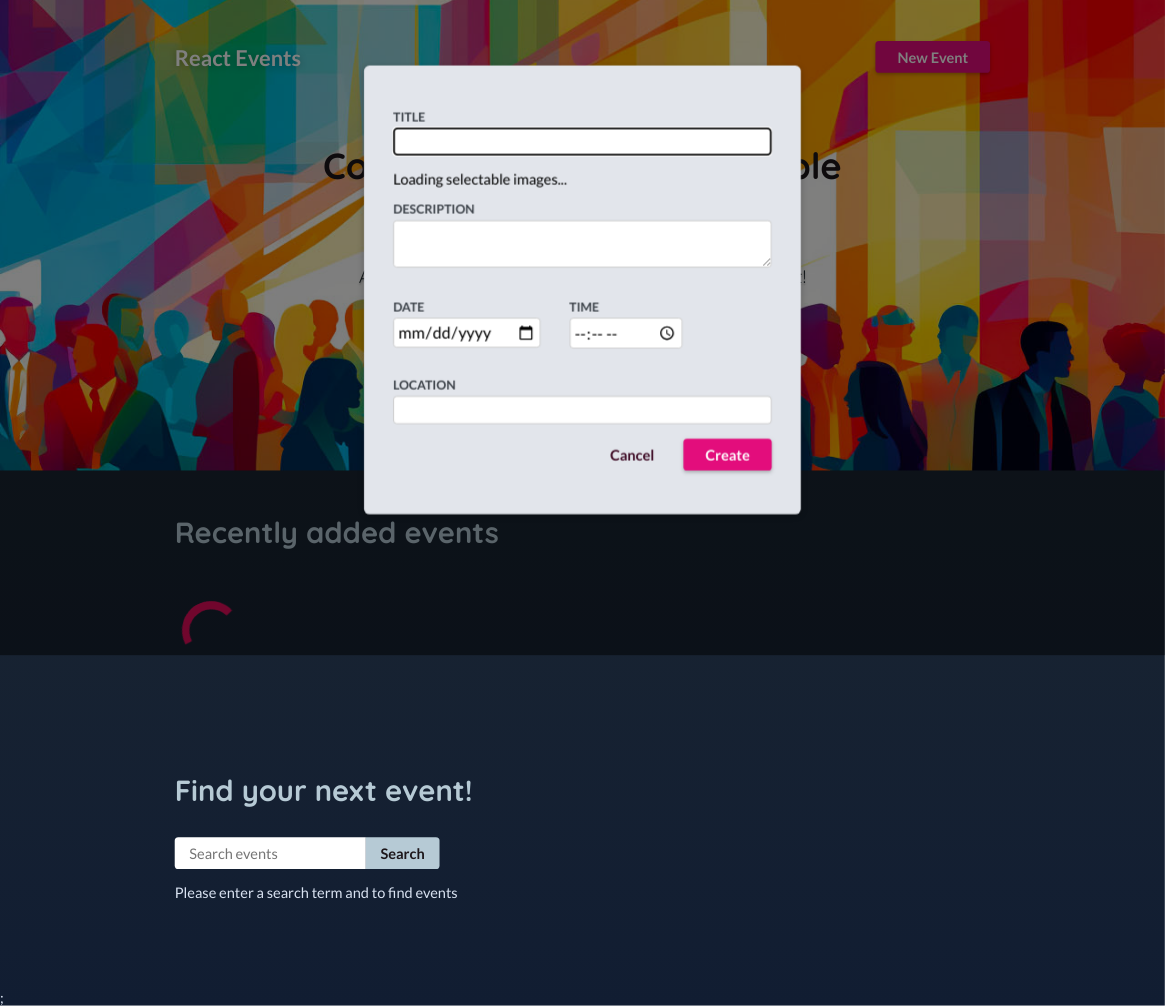
Repository: zhengbinxue/React-Query-Project
Page: /events/new
The author's editor kept a copy of each file at every save. The page is drawn from the files as they stood at one save, then again after the next save.
The browser window is 1280 px wide. The pictures show the whole page, at 91% of full size.
The page's requests for data from a server got no answer. The project was rebuilt for these pictures with package versions that can differ from the ones it lists, and the page was loaded fresh each time. No one was signed in, and anything a server would have sent is missing. Also part of the build but not shown: vite.config.js, src/components/UI/ErrorBlock.jsx, src/components/Events/EventItem.jsx, src/components/Events/EventDetails.jsx, src/components/ImagePicker.jsx, src/components/Events/EditEvent.jsx.

Above is the page before, as saved 2024-08-12 15:26:14.

### src/App.jsx
import {
  Navigate,
  RouterProvider,
  createBrowserRouter,
} from "react-router-dom";
import { QueryClientProvider, QueryClient } from "@tanstack/react-query";
import Events from "./components/Events/Events.jsx";
import EventDetails from "./components/Events/EventDetails.jsx";
import NewEvent from "./components/Events/NewEvent.jsx";
import EditEvent from "./components/Events/EditEvent.jsx";

const router = createBrowserRouter([
  {
    path: "/",
    element: <Navigate to="/events" />,
  },
  {
    path: "/events",
    element: <Events />,

    children: [
      {
        path: "/events/new",
        element: <NewEvent />,
      },
    ],
  },
  {
    path: "/events/:id",
    element: <EventDetails />,
    children: [
      {
        path: "/events/:id/edit",
        element: <EditEvent />,
      },
    ],
  },
]);

const client = new QueryClient();

function App() {
  return (
    <QueryClientProvider client={client}>
      <RouterProvider router={router} />;
    </QueryClientProvider>
  );
}

export default App;

### src/components/Events/Events.jsx
import { Link, Outlet } from "react-router-dom";

import Header from "../Header.jsx";
import EventsIntroSection from "./EventsIntroSection.jsx";
import FindEventSection from "./FindEventSection.jsx";
import NewEventsSection from "./NewEventsSection.jsx";

export default function Events() {
  return (
    <>
      <Header>
        <Link to="/events/new" className="button">
          New Event
        </Link>
      </Header>
      <main>
        <EventsIntroSection />
        <NewEventsSection />
        <FindEventSection />
      </main>
      <Outlet />
    </>
  );
}

### src/components/Events/NewEvent.jsx
import { Link, useNavigate } from "react-router-dom";
import { useMutation, useQueryClient } from "@tanstack/react-query";
import Modal from "../UI/Modal.jsx";
import EventForm from "./EventForm.jsx";

import { createNewEvent } from "../util/http.js";
import ErrorBlock from "../UI/ErrorBlock.jsx";
export default function NewEvent() {
  const navigate = useNavigate();
  const queryClient = useQueryClient();

  //use useMutation to change/delete data at the backend
  const { mutate, isError, isPending, error } = useMutation({
    mutationFn: createNewEvent,
    onSuccess: () => {
      navigate("/events");
      queryClient.invalidateQueries({ queryKey: ["events"] }); //all query include 'events' key will be invalid and get re-executed
    },
  });

  function handleSubmit(formData) {
    mutate({ event: formData });
  }

  return (
    <Modal onClose={() => navigate("../")}>
      <EventForm onSubmit={handleSubmit}>
        {isPending && "Submitting..."}
        {!isPending && (
          <>
            <Link to="../" className="button-text">
              Cancel
            </Link>
            <button type="submit" className="button">
              Create
            </button>
          </>
        )}
      </EventForm>
      {isError && (
        <ErrorBlock
          title="Failed to create event"
          message={error.info?.message || "Error occurred. Try again later. "}
        />
      )}
    </Modal>
  );
}

### src/components/Events/FindEventSection.jsx
import { useRef, useState } from "react";
import { useQuery } from "@tanstack/react-query";
import { fetchEvents } from "../util/http";
import LoadingIndicator from "../UI/LoadingIndicator";
import ErrorBlock from "../UI/ErrorBlock";
import EventItem from "./EventItem";
export default function FindEventSection() {
  const searchElement = useRef();
  const [searchTerm, setSearchTerm] = useState();

  const { data, isError, isLoading, error } = useQuery({
    queryKey: ["events", { search: searchTerm }],
    queryFn: ({ signal }) => fetchEvents({ searchTerm, signal }),
    enabled: searchTerm !== undefined,
  });

  function handleSubmit(event) {
    event.preventDefault();
    setSearchTerm(searchElement.current.value);
  }

  let content = <p>Please enter a search term and to find events</p>;

  if (isLoading) {
    content = <LoadingIndicator />;
  }

  if (isError) {
    content = (
      <ErrorBlock
        title="An error occurred"
        message={error.info?.message || "Failed to fetch events"}
      />
    );
  }

  if (data) {
    content = (
      <ul className="events-list">
        {data.map((event) => (
          <li key={event.id}>
            <EventItem event={event} />
          </li>
        ))}
      </ul>
    );
  }

  return (
    <section className="content-section" id="all-events-section">
      <header>
        <h2>Find your next event!</h2>
        <form onSubmit={handleSubmit} id="search-form">
          <input
            type="search"
            placeholder="Search events"
            ref={searchElement}
          />
          <button>Search</button>
        </form>
      </header>
      {content}
    </section>
  );
}

### src/components/Events/NewEventsSection.jsx
import { useQuery } from "@tanstack/react-query";
import LoadingIndicator from "../UI/LoadingIndicator.jsx";
import ErrorBlock from "../UI/ErrorBlock.jsx";
import EventItem from "./EventItem.jsx";
import { fetchEvents } from "../util/http.js";

export default function NewEventsSection() {
  //use useQuery to get data from backend
  const { data, isPending, isError, error } = useQuery({
    //change of Key and Fn will cause useQuery to re-execute
    queryKey: ["events"],
    queryFn: fetchEvents,
    staleTime: 10000000,
    //default staleTime is 0,React Query will not cache the data at all.
    //Every time the component is rendered,
    //it will send a request to the server to fetch the latest data.
  });

  let content;
  console.log("hello");
  if (isPending) {
    content = <LoadingIndicator />;
  }

  if (isError) {
    content = (
      <ErrorBlock
        title="An error occurred"
        message={error.info?.message || "Failed to fetch events"}
      />
    );
  }

  if (data) {
    content = (
      <ul className="events-list">
        {data.map((event) => (
          <li key={event.id}>
            <EventItem event={event} />
          </li>
        ))}
      </ul>
    );
  }

  return (
    <section className="content-section" id="new-events-section">
      <header>
        <h2>Recently added events</h2>
      </header>
      {content}
    </section>
  );
}

### src/components/util/http.js
export async function fetchEvents({ searchTerm, signal }) {
  console.log(searchTerm);
  console.log(signal);

  let url = "http://localhost:3000/events";
  if (searchTerm) {
    url += "?search=" + searchTerm;
  }

  const response = await fetch(url, { signal: signal });

  if (!response.ok) {
    const error = new Error("An error occurred while fetching the events");
    error.code = response.status;
    error.info = await response.json();
    throw error;
  }

  const { events } = await response.json();

  return events;
}

export async function fetchEvent({ id, signal }) {
  const response = await fetch(`http://localhost:3000/events/${id}`, {
    signal,
  });
  console.log(id);
  console.log(response);

  if (!response.ok) {
    const error = new Error();
    error.code = response.status;
    error.info = await response.json();
    throw error;
  }

  const { event } = await response.json();
  return event;
}

export async function deleteEvent({ id }) {
  console.log(id);
  const response = await fetch(`http://localhost:3000/events/${id}`, {
    method: "DELETE",
  });

  if (!response.ok) {
    const error = new Error();
    error.code = error.status;
    error.info = await response.json();
    return error;
  }
  return await response.json();
}

export async function createNewEvent(eventData) {
  console.log(eventData);
  const response = await fetch("http://localhost:3000/events", {
    method: "POST",
    body: JSON.stringify(eventData),
    headers: {
      "Content-Type": "application/json",
    },
  });

  if (!response.ok) {
    const error = new Error("An error occurred while creating the event");
    error.code = response.status;
    error.info = await response.json();
    throw error;
  }

  const { event } = await response.json();
  return event;
}

export async function fetchSelectableImages({ signal }) {
  const response = await fetch("http://localhost:3000/events/images", {
    signal: signal,
  });

  if (!response.ok) {
    const error = new Error("An error occurred while fetching the images");
    error.code = response.status;
    error.info = await response.json();
    throw error;
  }

  const { images } = await response.json();
  return images;
}

### src/components/Events/EventForm.jsx
import { useState } from "react";
import { useQuery } from "@tanstack/react-query";
import ImagePicker from "../ImagePicker.jsx";
import { fetchSelectableImages } from "../util/http.js";
import ErrorBlock from "../UI/ErrorBlock.jsx";

export default function EventForm({ inputData, onSubmit, children }) {
  const [selectedImage, setSelectedImage] = useState(inputData?.image);

  const { data, isError, isPending, error } = useQuery({
    queryKey: ["events-images"],
    queryFn: fetchSelectableImages,
  });

  function handleSelectImage(image) {
    console.log("selected");
    setSelectedImage(image);
  }

  function handleSubmit(event) {
    event.preventDefault();

    const formData = new FormData(event.target);
    const data = Object.fromEntries(formData);

    onSubmit({ ...data, image: selectedImage });
  }

  return (
    <form id="event-form" onSubmit={handleSubmit}>
      <p className="control">
        <label htmlFor="title">Title</label>
        <input
          type="text"
          id="title"
          name="title"
          defaultValue={inputData?.title ?? ""}
        />
      </p>

      {isPending && <p>Loading selectable images...</p>}
      {isError && (
        <ErrorBlock
          title="Failed to fetch selectable images"
          message={error.info?.message || "Failed to fetch selectable images"}
        />
      )}
      {data && (
        <div className="control">
          <ImagePicker
            images={data}
            onSelect={handleSelectImage}
            selectedImage={selectedImage}
          />
        </div>
      )}

      <p className="control">
        <label htmlFor="description">Description</label>
        <textarea
          id="description"
          name="description"
          defaultValue={inputData?.description ?? ""}
        />
      </p>

      <div className="controls-row">
        <p className="control">
          <label htmlFor="date">Date</label>
          <input
            type="date"
            id="date"
            name="date"
            defaultValue={inputData?.date ?? ""}
          />
        </p>

        <p className="control">
          <label htmlFor="time">Time</label>
          <input
            type="time"
            id="time"
            name="time"
            defaultValue={inputData?.time ?? ""}
          />
        </p>
      </div>

      <p className="control">
        <label htmlFor="location">Location</label>
        <input
          type="text"
          id="location"
          name="location"
          defaultValue={inputData?.location ?? ""}
        />
      </p>

      <p className="form-actions">{children}</p>
    </form>
  );
}

Loaded but not shown: index.html (common file); src/main.jsx (common file); src/index.css (common file); src/components/Header.jsx (common file); src/components/Events/EventsIntroSection.jsx (common file); src/components/UI/Modal.jsx (common file); src/components/UI/LoadingIndicator.jsx (common file)

After the next save:
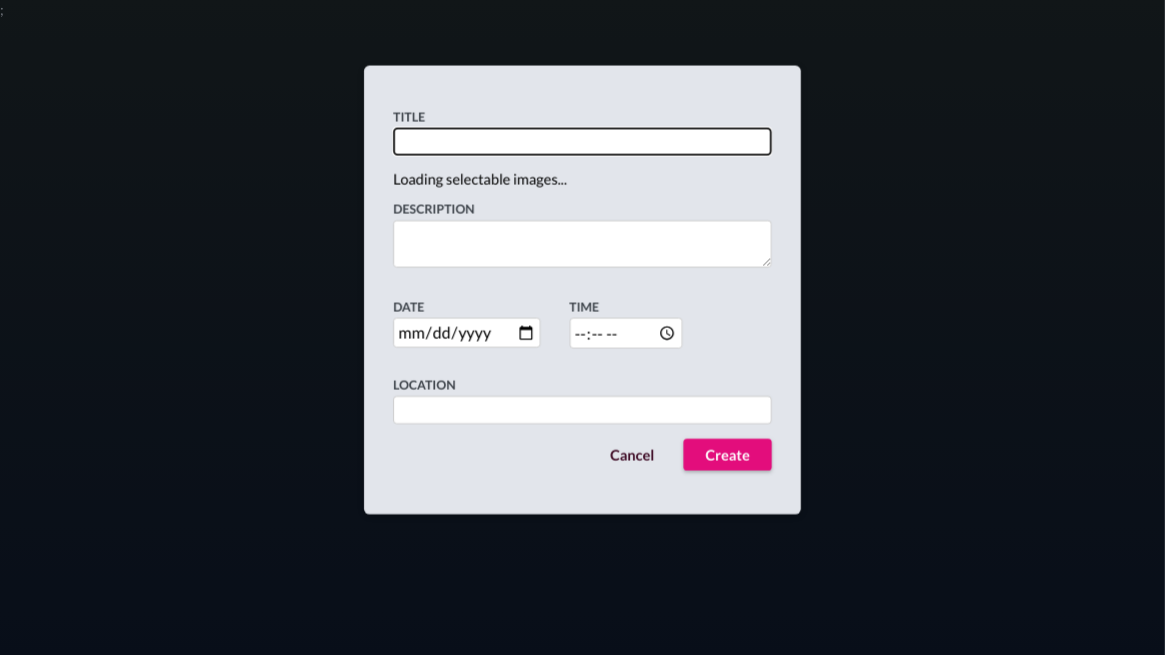
Saved 6 min 19 s later.
--- a/src/App.jsx
+++ b/src/App.jsx
@@ -18,12 +18,11 @@
     path: "/events",
     element: <Events />,
 
-    children: [
-      {
-        path: "/events/new",
-        element: <NewEvent />,
-      },
-    ],
+    children: [],
+  },
+  {
+    path: "/events/new",
+    element: <NewEvent />,
   },
   {
     path: "/events/:id",

After the save that followed:
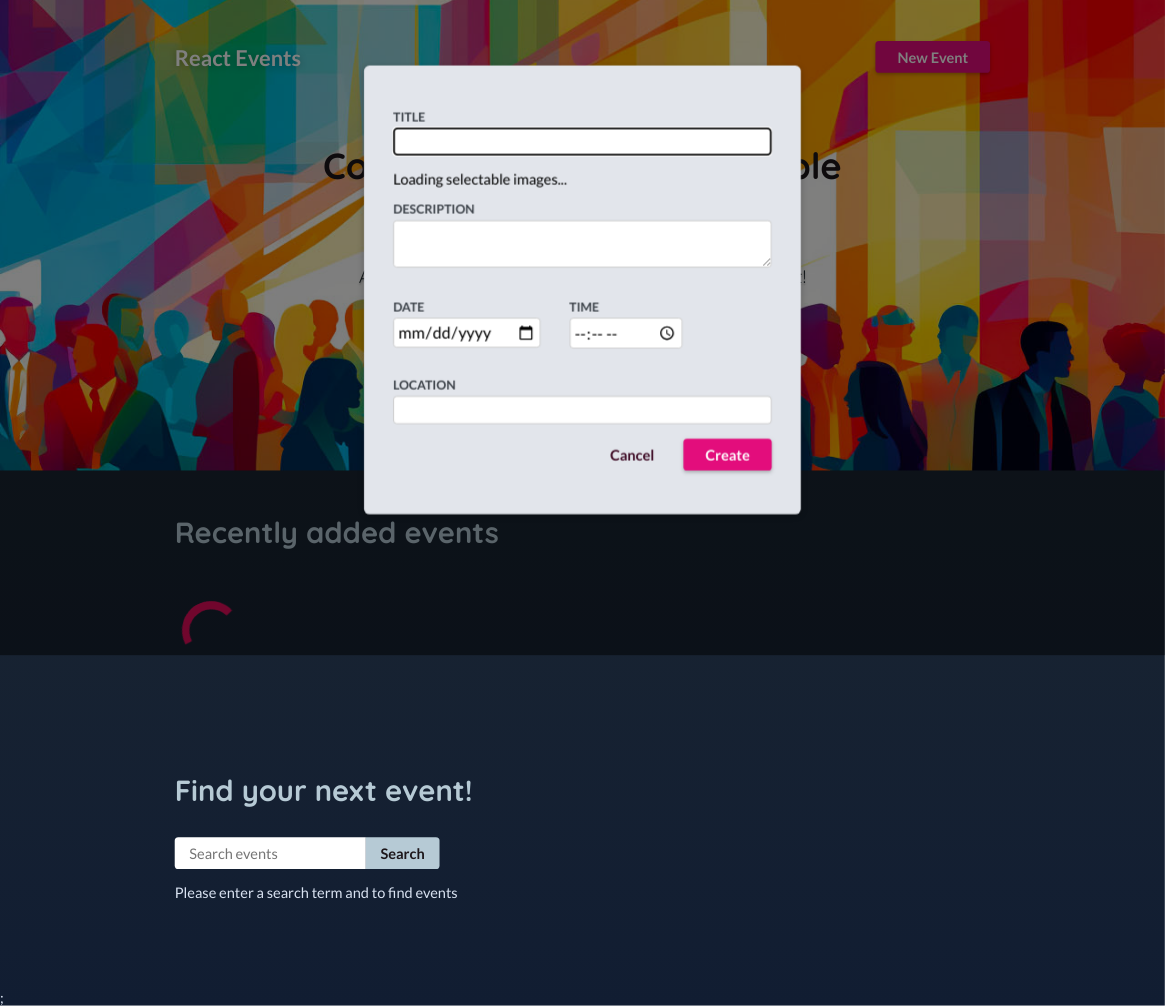
Saved 75 s later.
--- a/src/App.jsx
+++ b/src/App.jsx
@@ -18,11 +18,12 @@
     path: "/events",
     element: <Events />,
 
-    children: [],
-  },
-  {
-    path: "/events/new",
-    element: <NewEvent />,
+    children: [
+      {
+        path: "/events/new",
+        element: <NewEvent />,
+      },
+    ],
   },
   {
     path: "/events/:id",
